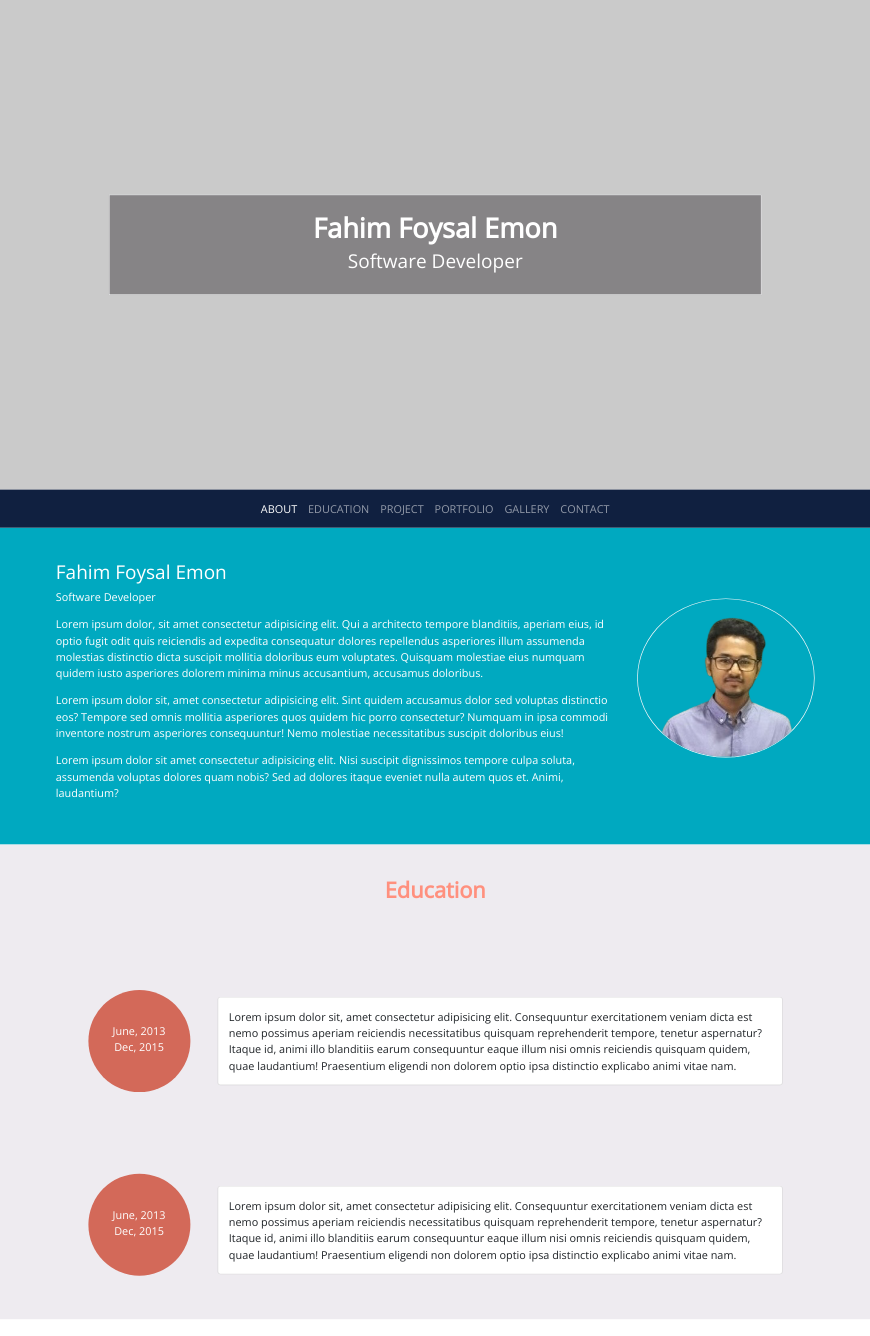
Repository: emowzz/emowzz.github.io
Page: index.html
The author's editor kept a copy of each file at every save. The page is drawn from the files as they stood at one save, then again after the next save.
The browser window is 1280 px wide. The pictures show the whole page, at 68% of full size.
Some web libraries are served in a nearby version.

Above is the page before, as saved 2021-03-17 19:03:22.

After the next save:
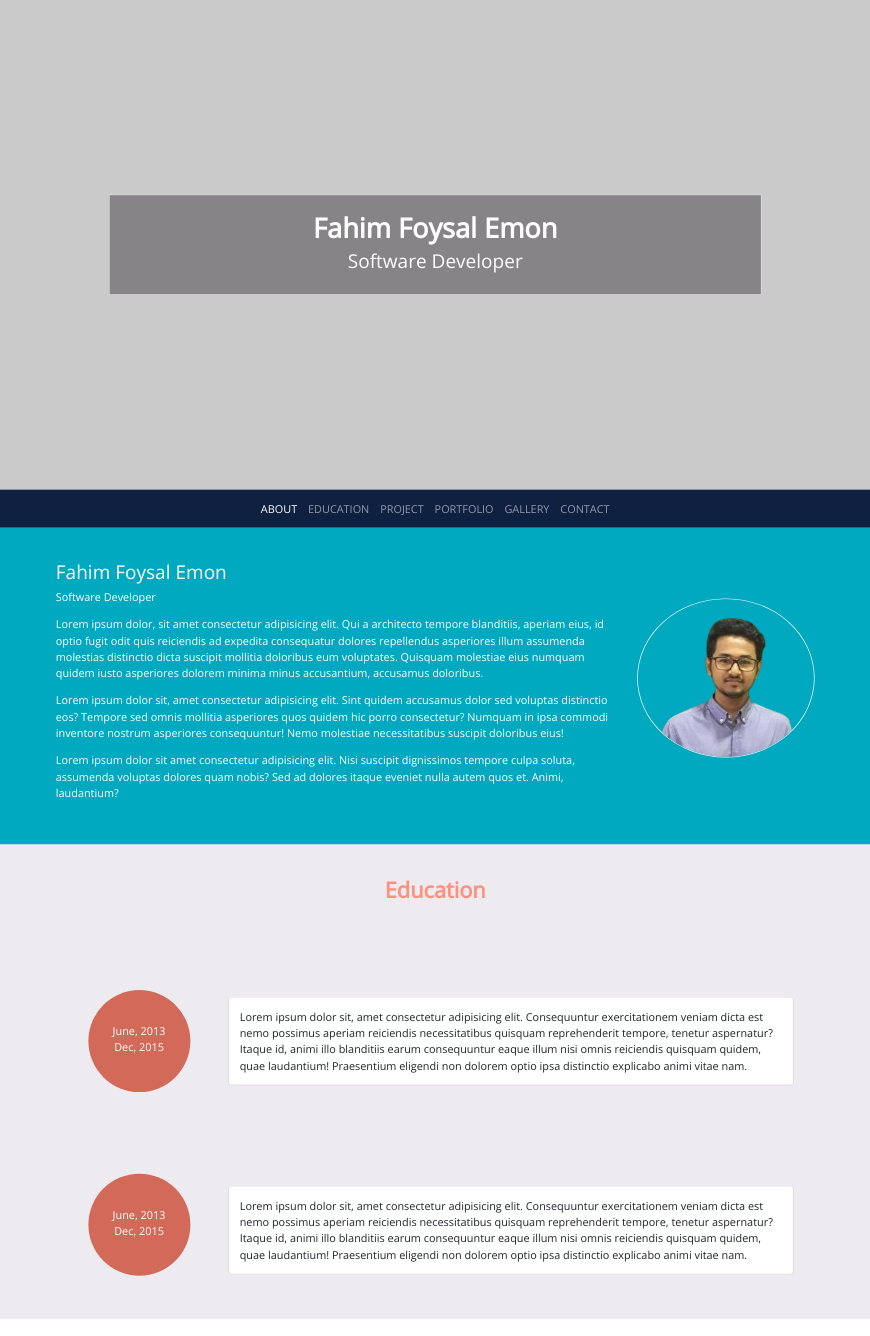
Saved 76 s later.
--- a/index.html
+++ b/index.html
@@ -103,7 +103,7 @@
       </div>
 
       <div class="row my-4 py-5 align-items-center justify-content-center">
-        <div class="col-md-2 pd-3">
+        <div class="col-md-2 pd-3 mx-3">
           <div class="circle text-center text-white">
             <p class="py-5">
               June, 2013 <br>
@@ -126,7 +126,7 @@
       </div>
 
       <div class="row my-4 py-5 align-items-center justify-content-center">
-        <div class="col-md-2 pb-3">
+        <div class="col-md-2 pb-3 mx-3">
           <div class="circle text-center text-white">
             <p class="py-5">
               June, 2013 <br>
